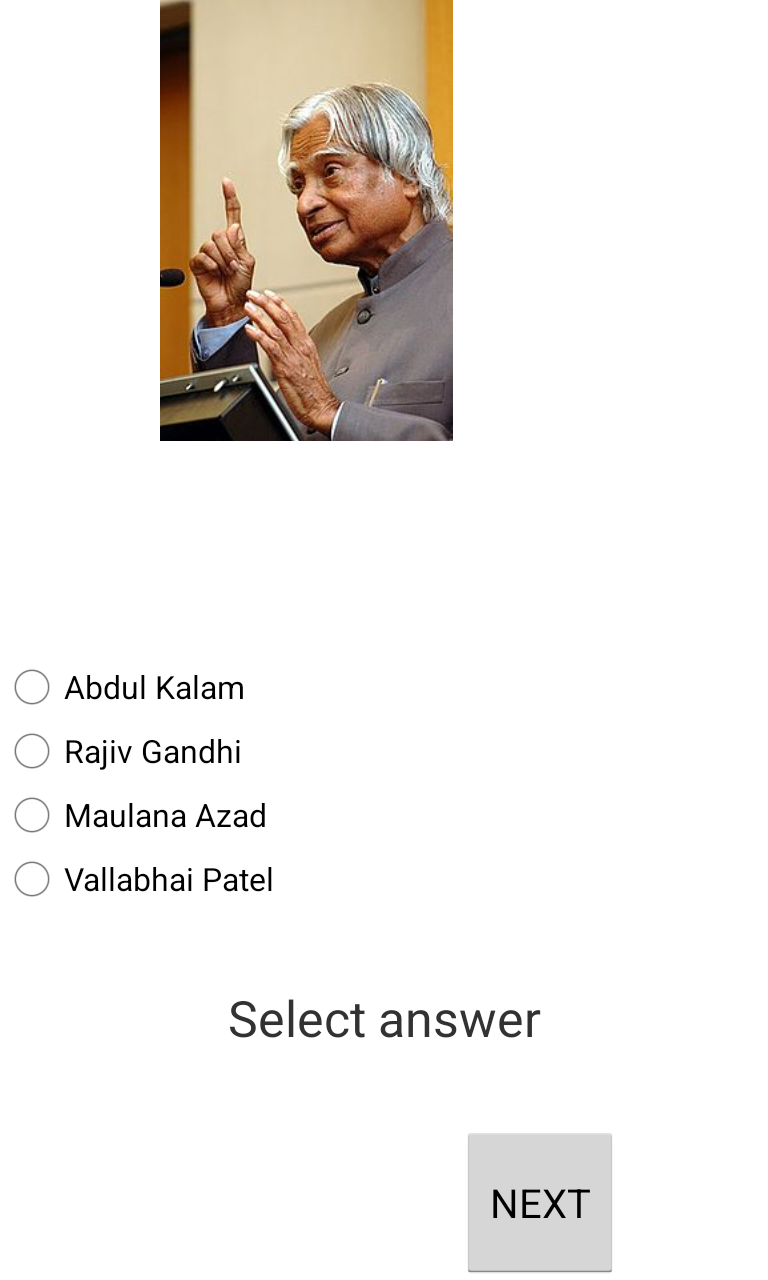
Repository: rupaligarje123/aakash
Layout: androidphotoquiz/FunChem1/photoquiz/res/layout/que5.xml
An editor plug-in stored every save of this project. The layout is shown before and after the next save, followed by the edit.
It is drawn on a 768 x 1280 px phone screen (xhdpi) without system bars, with theme AppTheme; the app's code is not run.

Above is the layout before, as saved 2027-07-26 09:04:19.

### androidphotoquiz/FunChem1/photoquiz/res/layout/que5.xml
<?xml version="1.0" encoding="utf-8"?>
<LinearLayout xmlns:android="http://schemas.android.com/apk/res/android"
    android:layout_width="match_parent"
    android:layout_height="wrap_content"
    android:orientation="vertical" >

    <ImageView
        android:id="@+id/imageView1"
        android:layout_width="306dp"
        android:layout_height="wrap_content"

        android:src="@drawable/pic1" />

    <TextView
        android:id="@+id/editText1"
        android:layout_width="match_parent"
        android:layout_height="80sp"
        android:layout_weight="1"
        android:gravity="center"
        android:text=""
        android:textSize="25sp" >
    </TextView>
<RadioGroup
    android:layout_width="fill_parent"
    android:layout_height="wrap_content"
    android:orientation="vertical">
    >
    <RadioButton
        android:id="@+id/radioButton1"
        android:layout_width="match_parent"
        android:layout_height="0dp"
        android:layout_weight="1"
        android:text="Abdul Kalam" />

    <RadioButton
        android:id="@+id/radioButton2"
        android:layout_width="match_parent"
        android:layout_height="0dp"
        android:layout_weight="1"
        android:text="Rajiv Gandhi" />

    <RadioButton
        android:id="@+id/radioButton3"
        android:layout_width="match_parent"
        android:layout_height="0dp"
        android:layout_weight="1"
        android:text="Maulana Azad" />

    <RadioButton
        android:id="@+id/radioButton4"
        android:layout_width="match_parent"
        android:layout_height="0dp"
        android:layout_weight="1"
        android:text="Vallabhai Patel" />
    </RadioGroup>
   <TextView
        android:id="@+id/tvResult1"
        android:layout_width="match_parent"
        android:layout_height="80sp"
        android:layout_weight="1"
        android:gravity="center"
        android:text="@string/Result"
        android:textSize="25sp" >
    </TextView>
    <Button
        android:id="@+id/bn1"
        android:layout_width="80sp"
        android:layout_height="50sp"
        android:layout_weight="1"
        android:text="NEXT"
        android:textSize="20sp"
        android:layout_marginLeft="230sp"

        />
</LinearLayout>

### androidphotoquiz/FunChem1/photoquiz/res/values/strings.xml
<?xml version="1.0" encoding="utf-8"?>
<resources>

    <string name="app_name">photoquiz</string>
    <string name="action_settings">Settings</string>
    <string name="hello_world">Identify Image</string>
    <string name="Result">Select answer</string>
    <string name="string1">Start</string>
    <string name="String2">Quit</string>

</resources>

Loaded but not shown: androidphotoquiz/FunChem1/photoquiz/res/values/styles.xml (common file); androidphotoquiz/FunChem1/photoquiz/res/values-v11/styles.xml (common file); androidphotoquiz/FunChem1/photoquiz/res/values-v14/styles.xml (common file)

After the next save:
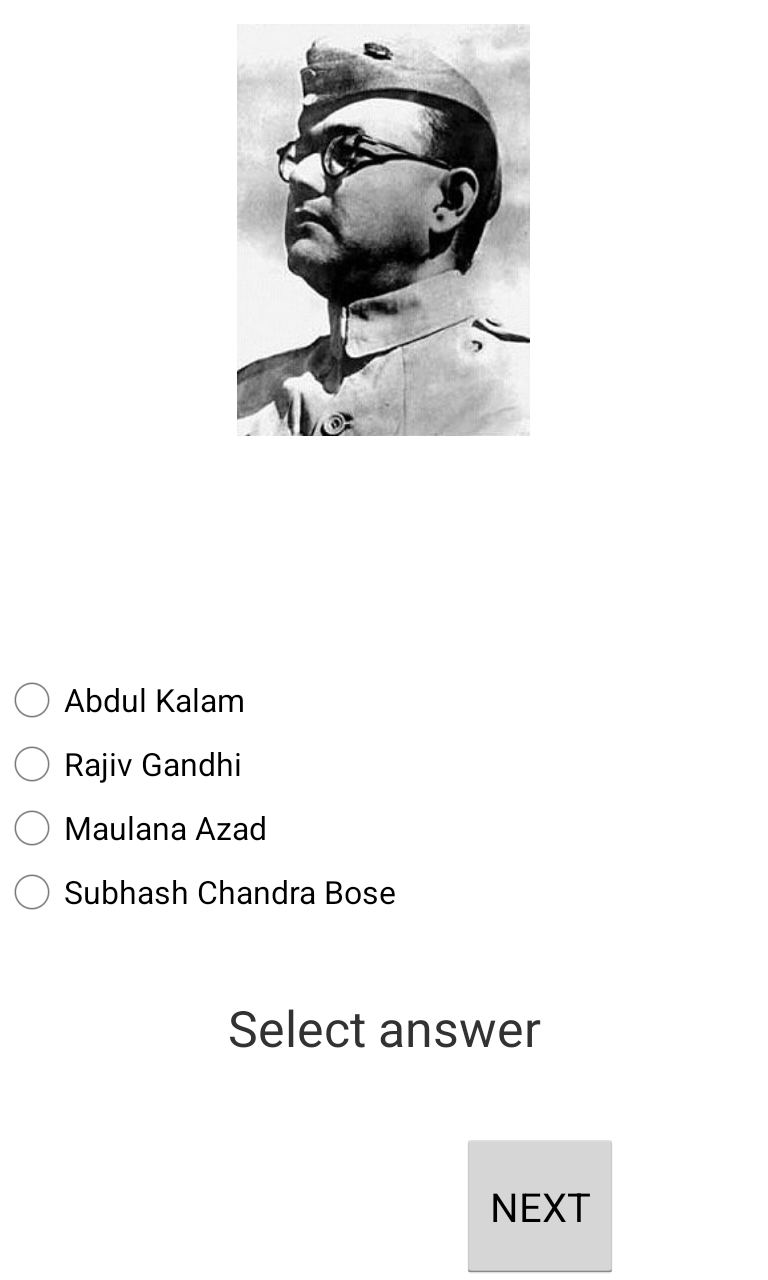
Saved 7 min 59 s later.
--- a/androidphotoquiz/FunChem1/photoquiz/res/layout/que5.xml
+++ b/androidphotoquiz/FunChem1/photoquiz/res/layout/que5.xml
@@ -6,10 +6,11 @@
 
     <ImageView
         android:id="@+id/imageView1"
-        android:layout_width="306dp"
+        android:layout_width="wrap_content"
         android:layout_height="wrap_content"
-
-        android:src="@drawable/pic1" />
+        android:layout_weight="1"
+         android:layout_gravity="center"
+        android:src="@drawable/pic5" />
 
     <TextView
         android:id="@+id/editText1"
@@ -26,35 +27,35 @@
     android:orientation="vertical">
     >
     <RadioButton
-        android:id="@+id/radioButton1"
+        android:id="@+id/rd501"
         android:layout_width="match_parent"
         android:layout_height="0dp"
         android:layout_weight="1"
         android:text="Abdul Kalam" />
 
     <RadioButton
-        android:id="@+id/radioButton2"
+        android:id="@+id/rd502"
         android:layout_width="match_parent"
         android:layout_height="0dp"
         android:layout_weight="1"
         android:text="Rajiv Gandhi" />
 
     <RadioButton
-        android:id="@+id/radioButton3"
+        android:id="@+id/rd503"
         android:layout_width="match_parent"
         android:layout_height="0dp"
         android:layout_weight="1"
         android:text="Maulana Azad" />
 
     <RadioButton
-        android:id="@+id/radioButton4"
+        android:id="@+id/rd504"
         android:layout_width="match_parent"
         android:layout_height="0dp"
         android:layout_weight="1"
-        android:text="Vallabhai Patel" />
+        android:text="Subhash Chandra Bose " />
     </RadioGroup>
    <TextView
-        android:id="@+id/tvResult1"
+        android:id="@+id/tvr5"
         android:layout_width="match_parent"
         android:layout_height="80sp"
         android:layout_weight="1"
@@ -63,7 +64,7 @@
         android:textSize="25sp" >
     </TextView>
     <Button
-        android:id="@+id/bn1"
+        android:id="@+id/bn5"
         android:layout_width="80sp"
         android:layout_height="50sp"
         android:layout_weight="1"
